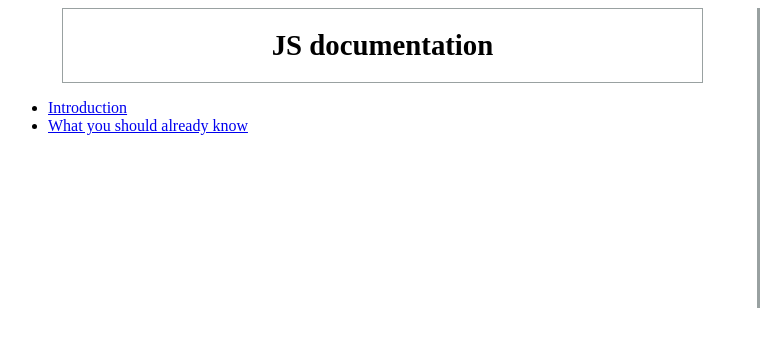
Repository: Pafestivo/Technical-documentation
Page: index.html
An editor plug-in stored every save of this project. The page is shown before and after the next save, followed by the edit.
The browser window is 768 px wide. The pictures show the whole page.

Above is the page before, as saved 2022-09-07 14:45:04.

After the next save:
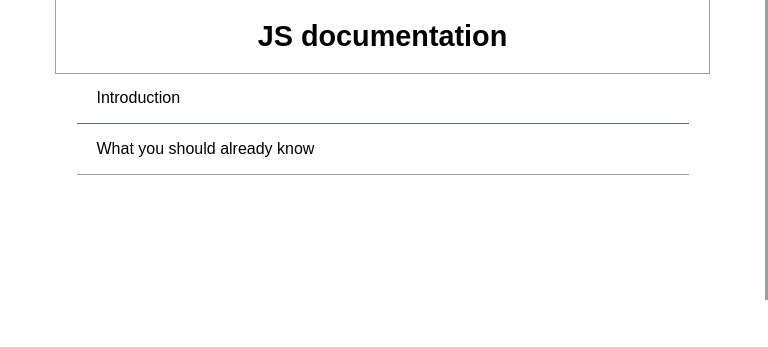
Saved 94 s later.
--- a/styles.css
+++ b/styles.css
@@ -1,8 +1,25 @@
+html {
+  box-sizing: border-box;
+  scroll-behavior: smooth;
+}
+
+body {
+  font-family: sans-serif;
+  display: flex;
+  padding: 0;
+  margin: 0;
+  min-width: 290px;
+}
+
 /* Navigation bar  */
 #navbar {
   border-right: solid;
   border-color: rgba(0, 22, 22, 0.4);
   min-width: 300px;
+}
+
+#navbar header {
+  margin: -1px;
 }
 
 #navbar header h1{
@@ -12,6 +29,35 @@
   font-size: 1.8rem;
   border: 1px solid rgba(0, 22, 22, 0.4);
   text-align: center;
+}
+
+#navbar ul {
+  list-style: none;
+  height: 90%;
+  margin: 0;
+  padding: 0;
+  overflow-y: auto;
+  overflow-x: hidden;
+}
+
+#navbar ul li {
+  margin: -1px;
+}
+
+#navbar ul a {
+  /* used flex to align the text vertically. */
+  display: flex;
+  align-items: center;
+  text-decoration: none;
+  color: #000;
+  height: 50px;
+  padding-left: 20px;
+  border: 1px solid rgba(0, 22, 22, 0.4);
+}
+
+#navbar ul a:hover {
+  transform: scale(1.01);
+  border-color: transparent;
 }
 
 /* 800px media query */
@@ -25,6 +71,11 @@
     overflow: hidden;
   }
 
+  #navbar ul {
+    width: 80%;
+    margin: 0 auto;
+  }
+
   #navbar h1 {
     width: 80%;
     margin: 0 auto;
@@ -33,3 +84,25 @@
 }
 /* end of 800px media query. */
 /* Navigation bar end  */
+
+/* Main area */
+#main-doc {
+  margin-left: 30px;
+}
+
+#main-doc h1 {
+  font-size: 2rem;
+}
+
+p {
+  margin-bottom: 20px;
+  margin-left: 20px;
+}
+
+code {
+  display: block;
+  background-color: #f7f7f7;
+  padding: 15px;
+  margin: 10px;
+}
+/* Main area end */
